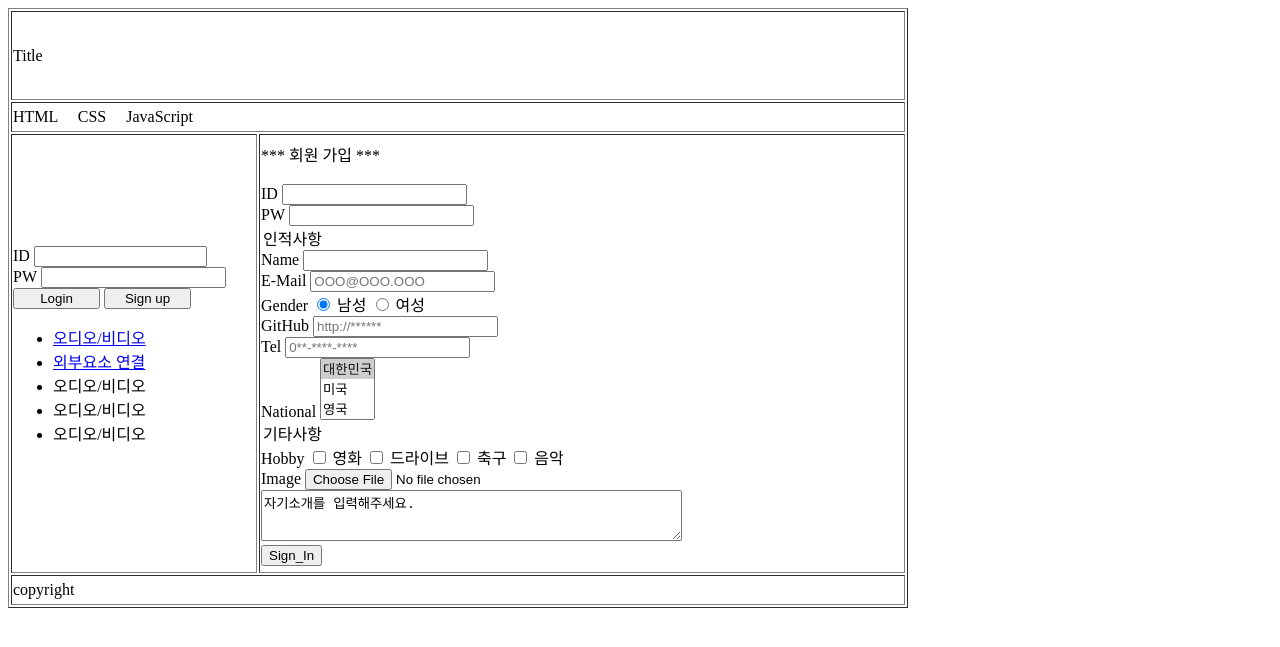
Repository: Hwangjiwon/MultiCampus
Page: http://localhost/2Study/jsp/member_insert.jsp
The author's editor kept a copy of each file at every save. The page is drawn from the files as they stood at one save, then again after the next save.
The browser window is 1280 px wide. The pictures show the whole page.
The page is served by Tomcat 9.

Above is the page before, as saved 2019-05-31 02:41:21.

After the next save:
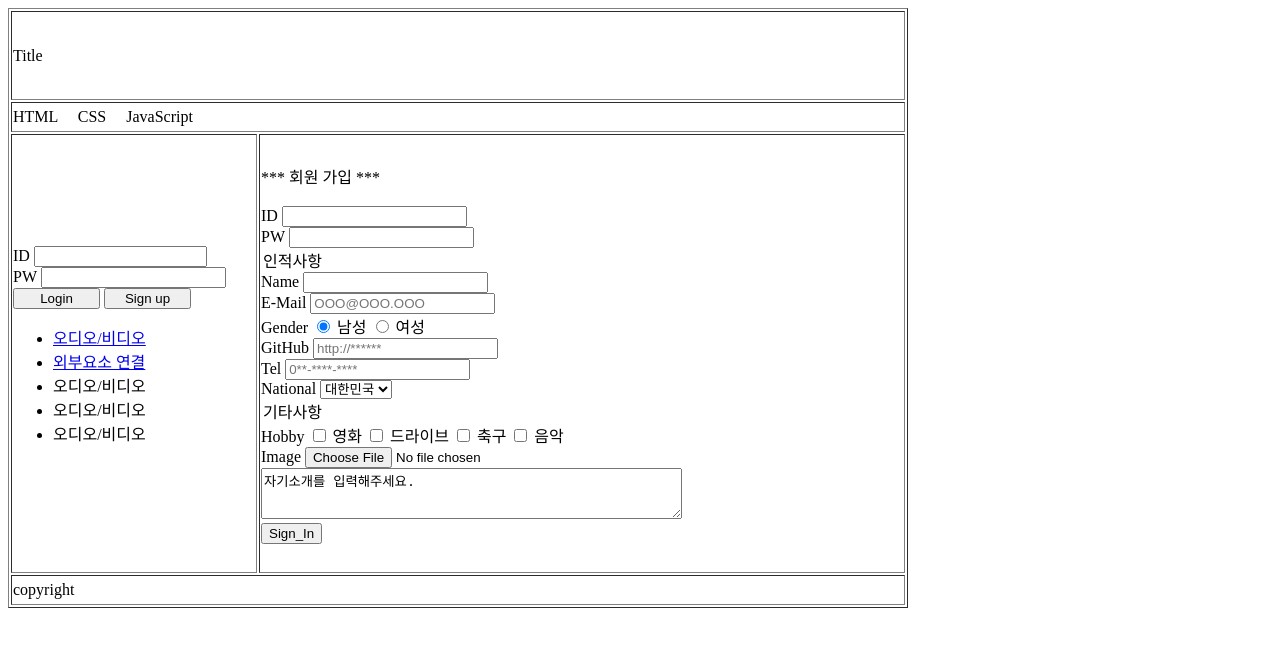
Saved 2 min 20 s later.
--- a/2Study/WebContent/jsp/member_insert.jsp
+++ b/2Study/WebContent/jsp/member_insert.jsp
@@ -19,7 +19,7 @@
 			<input type = "radio" name = gender" value = "female" /> 여성 <br>
 		GitHub <input type = "url" placeholder="http://******"/> <br>
 		Tel <input type ="tel" pattern ="[0-9]{2,3}-[0-9]{3,4}-[0-9]{4}" placeholder ="0**-****-****"/><br>
-		National <select name ="country" size="3">
+		National <select name ="country">
 					<option value = "Korea" selected> 대한민국 </option>
 					<option value = "USA"> 미국 </option>
 					<option value = "UK"> 영국 </option>
